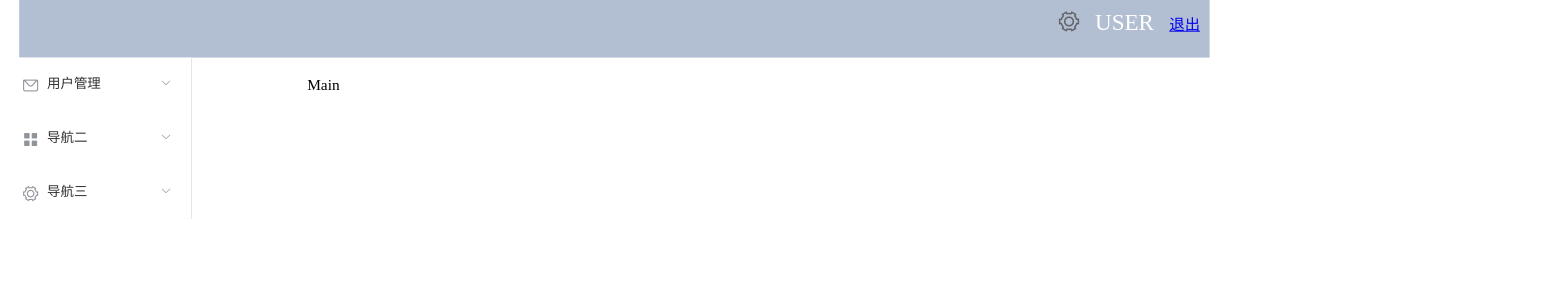
Repository: euphor1azzy/testlist
Page: / (app in list/)
An editor plug-in stored every save of this project. The page is shown before and after the next save, followed by the edit.
The browser window is 1280 px wide. The page is 1280 px wide, then 1620 px, then 1280 px, so the pictures cover 1620 px, including what lies to the right of the window. The pictures show the whole page, at 96% of full size.
The project was rebuilt for these pictures with package versions that can differ from the ones it lists, and the page was loaded fresh each time. Also part of the build but not shown: list/src/utils/validate.js, list/src/views/login/login.vue, list/src/components/users/users.vue.

Above is the page before, as saved 2020-08-27 15:03:14.

### list/src/main.js
// 引入组件
import Vue from 'vue'
import ElementUI from 'element-ui';
import App from './App.vue'
import router from './router'
import MyHttpServer from './plugins/http'
Vue.use(router);


// 引入css文件
import './assets/css/reset.css'
import 'element-ui/lib/theme-chalk/index.css';


//使用插件
Vue.use(ElementUI)
Vue.use(MyHttpServer)
Vue.config.productionTip = false


new Vue({
    el: '#app',
    router,
    render: h => h(App)
}).$mount('#app')

### list/src/App.vue
<template>
  <div id="app" >

    <router-view></router-view>
  </div>
</template>

<script>

</script>

<style>
#app{

  height:100vh
}
</style>

### list/src/router/index.js
import Vue from 'vue'
import Router from 'vue-router'
import Home from '../views/home.vue'
import Login from '../views/login/login.vue'
import Users from '../components/users/users.vue'



Vue.use(Router);



export default new Router({
    routes: [{
            path: '/',
            name: 'Home',
            component: Home,
            children: [{
                name: 'Users',
                path: 'users',
                component: Users
            }]

        },
        {
            name: 'Login',
            path: '/login',
            component: Login
        }
    ]
});

### list/src/plugins/http.js
//将axios改为插件
import axios from 'axios'
const MyHttpServer = {}


MyHttpServer.install = (Vue) => {
    axios.defaults.baseURL = 'http://localhost:8888/api/private/v1/'

    // 添加实例方法
    Vue.prototype.$http = axios

}

export default MyHttpServer

### list/src/assets/css/reset.css
/*! minireset.css v0.0.2 | MIT License | github.com/jgthms/minireset.css */

html,
body,
p,
ol,
ul,
li,
dl,
dt,
dd,
blockquote,
figure,
fieldset,
legend,
textarea,
pre,
iframe,
hr,
h1,
h2,
h3,
h4,
h5,
h6 {
    /* height: 100%; */
    margin: 0;
    padding: 0;
}

h1,
h2,
h3,
h4,
h5,
h6 {
    font-size: 100%;
    font-weight: normal;
}

ul {
    list-style: none;
}

button,
input,
select,
textarea {
    margin: 0;
}

html {
    box-sizing: border-box;
}

* {
    box-sizing: inherit;
}

*:before,
*:after {
    box-sizing: inherit;
}

img,
embed,
object,
audio,
video {
    height: auto;
    max-width: 100%;
}

iframe {
    border: 0;
}

table {
    border-collapse: collapse;
    border-spacing: 0;
}

td,
th {
    padding: 0;
    text-align: left;
}

### list/src/views/home.vue
<template>
 <el-container class="container">
  <el-header>
    <v-appnav></v-appnav>
  </el-header>
  <el-container>
    <el-aside >
      <v-appslider></v-appslider>
    </el-aside>
    <el-main class="main">Main</el-main>
  </el-container>
</el-container>
</template>

<script>
// 导入组件

import AppNav from "../components/common/appnav";
import AppSlider from "../components/common/appslider";
// import List from "../components/list/list";

export default {
  name: "Home",
  // 注册组件
  components: {
    "v-appnav": AppNav,
    "v-appslider": AppSlider,
    // "v-list": List,
  },
};
</script>

<style>
.container{
  height: 100%;
  margin: 0;
  padding: 0;
}
.main{
  height: 100%;
}
/* .con {
  height: 100%;
  display: flex;
  flex: auto;
  flex-flow: row wrap;
  justify-content: flex-start;
} */
</style>

### list/src/components/common/appnav.vue
<template>
  <el-header class="nav">
    <el-dropdown>
      <i class="el-icon-setting" style="margin-right: 15px"></i>
      <el-dropdown-menu slot="dropdown">
        <el-dropdown-item>查看</el-dropdown-item>
        <el-dropdown-item>新增</el-dropdown-item>
        <el-dropdown-item>删除</el-dropdown-item>
      </el-dropdown-menu>
    </el-dropdown>
    <span>USER</span>
    <router-link to="/login" style="padding-left:16px;font-size:16px"
      >退出</router-link
    >
  </el-header>
</template>

<script>
export default {
  name: "AppNav",
};
</script>

<style scoped>

.nav {
  padding: 10px;
  text-align: right;
  font-size: 24px;
  width: 100%;
  color: #fff;
  background-color: #b2bfd2;
}
.el-icon-setting::before {
  font-size: 24px;
}
</style>

### list/src/components/common/appslider.vue
<template>
   <!-- <el-container style="height: 100%; border: 1px solid #eee"> -->
      <el-aside width="200px" style="background-color: rgb(238, 241, 246)">
        <el-menu :unique-opened="true"
        :router="true">
          <el-submenu index="1">
            <template slot="title">
              <i class="el-icon-message"></i>用户管理
            </template>
            <el-menu-item-group>
              <template slot="title">分组一</template>
              <el-menu-item index="users">用户列表</el-menu-item>
              <el-menu-item index="1-2">用户设置</el-menu-item>
            </el-menu-item-group>
            <el-menu-item-group title="分组2">
              <el-menu-item index="1-3">选项3</el-menu-item>
            </el-menu-item-group>
            <el-submenu index="1-4">
              <template slot="title">选项4</template>
              <el-menu-item index="1-4-1">选项4-1</el-menu-item>
            </el-submenu>
          </el-submenu>
          <el-submenu index="2">
            <template slot="title">
              <i class="el-icon-menu"></i>导航二
            </template>
            <el-menu-item-group>
              <template slot="title">分组一</template>
              <el-menu-item index="2-1">选项1</el-menu-item>
              <el-menu-item index="2-2">选项2</el-menu-item>
            </el-menu-item-group>
            <el-menu-item-group title="分组2">
              <el-menu-item index="2-3">选项3</el-menu-item>
            </el-menu-item-group>
            <el-submenu index="2-4">
              <template slot="title">选项4</template>
              <el-menu-item index="2-4-1">选项4-1</el-menu-item>
            </el-submenu>
          </el-submenu>
          <el-submenu index="3">
            <template slot="title">
              <i class="el-icon-setting"></i>导航三
            </template>
            <el-menu-item-group>
              <template slot="title">分组一</template>
              <el-menu-item index="3-1">选项1</el-menu-item>
              <el-menu-item index="3-2">选项2</el-menu-item>
            </el-menu-item-group>
            <el-menu-item-group title="分组2">
              <el-menu-item index="3-3">选项3</el-menu-item>
            </el-menu-item-group>
            <el-submenu index="3-4">
              <template slot="title">选项4</template>
              <el-menu-item index="3-4-1">选项4-1</el-menu-item>
            </el-submenu>
          </el-submenu>
        </el-menu>
      </el-aside>
   <!-- </el-container> -->
</template>

<script>
export default {

}
</script>

<style>
.default-active	{
  background-color: royalblue;
}
</style>

Loaded but not shown: list/public/index.html (common file)

After the next save:
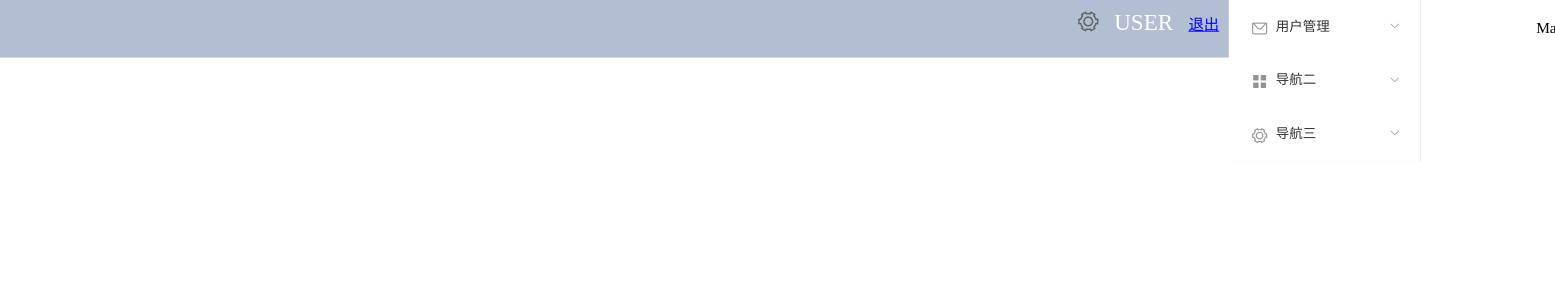
Saved 85 s later.
--- a/list/src/views/home.vue
+++ b/list/src/views/home.vue
@@ -1,8 +1,8 @@
 <template>
  <el-container class="container">
-  <el-header>
+  <!-- <el-header> -->
     <v-appnav></v-appnav>
-  </el-header>
+  <!-- </el-header> -->
   <el-container>
     <el-aside >
       <v-appslider></v-appslider>
@@ -33,9 +33,7 @@
 <style>
 .container{
   height: 100%;
-  margin: 0;
-  padding: 0;
-}
+  }
 .main{
   height: 100%;
 }

After the save that followed:
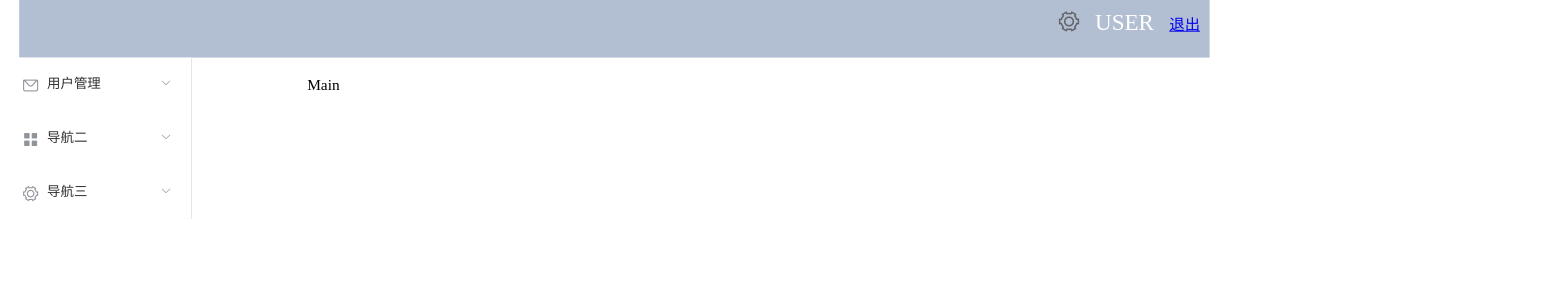
Saved 66 s later.
--- a/list/src/views/home.vue
+++ b/list/src/views/home.vue
@@ -1,8 +1,8 @@
 <template>
  <el-container class="container">
-  <!-- <el-header> -->
+  <el-header>
     <v-appnav></v-appnav>
-  <!-- </el-header> -->
+  </el-header>
   <el-container>
     <el-aside >
       <v-appslider></v-appslider>
